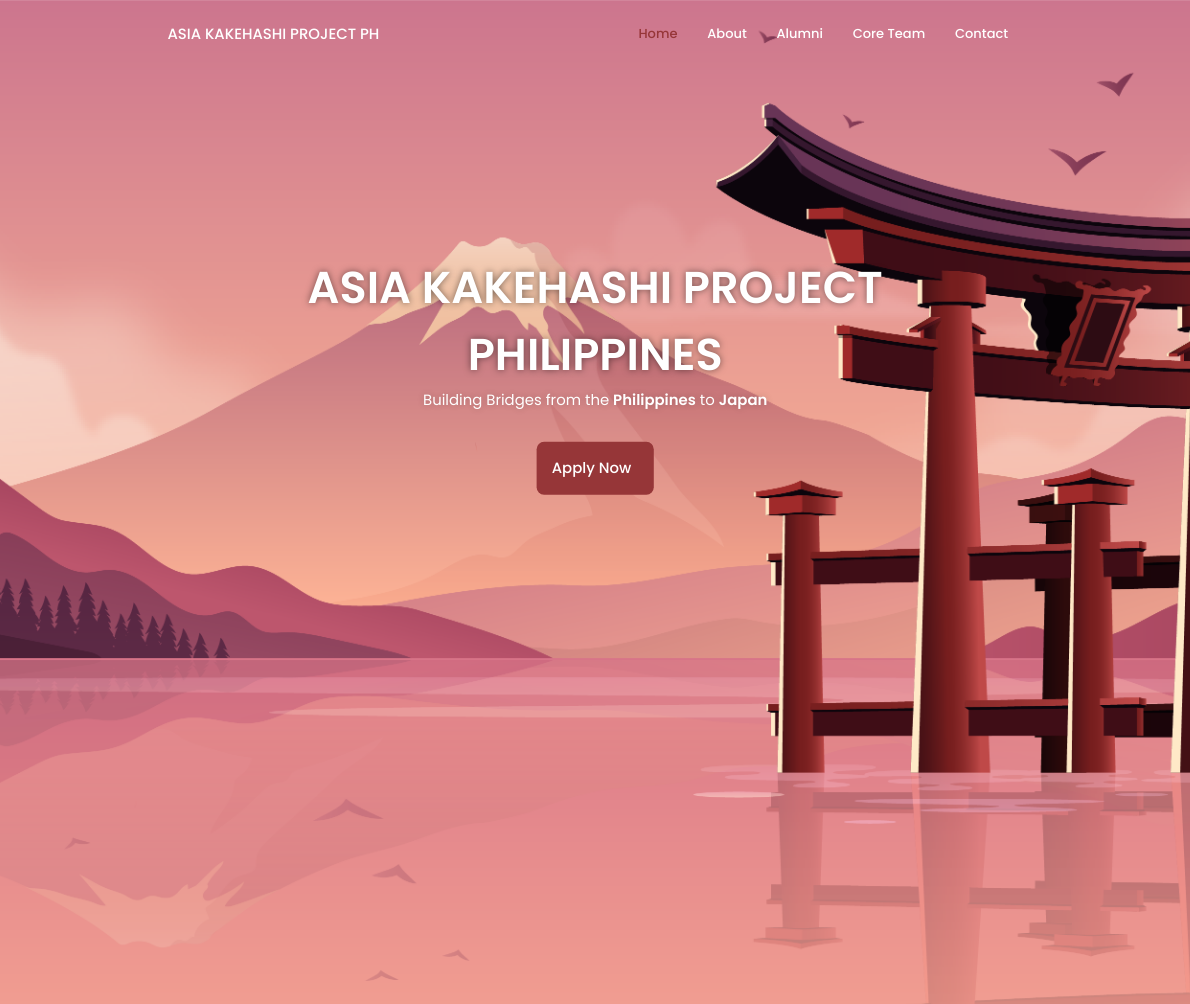
Repository: Aishie123/AKP-PH
Page: index.html
These files come from the project's save history. The page is drawn as it stood at one moment and after the next save; the edit follows.
The browser window is 1280 px wide. The pictures show the whole page, at 93% of full size.
Some icons come from a web library that is not loaded, so they are not drawn.

Above is the page before, as saved 2024-02-18 00:23:44.

After the next save:
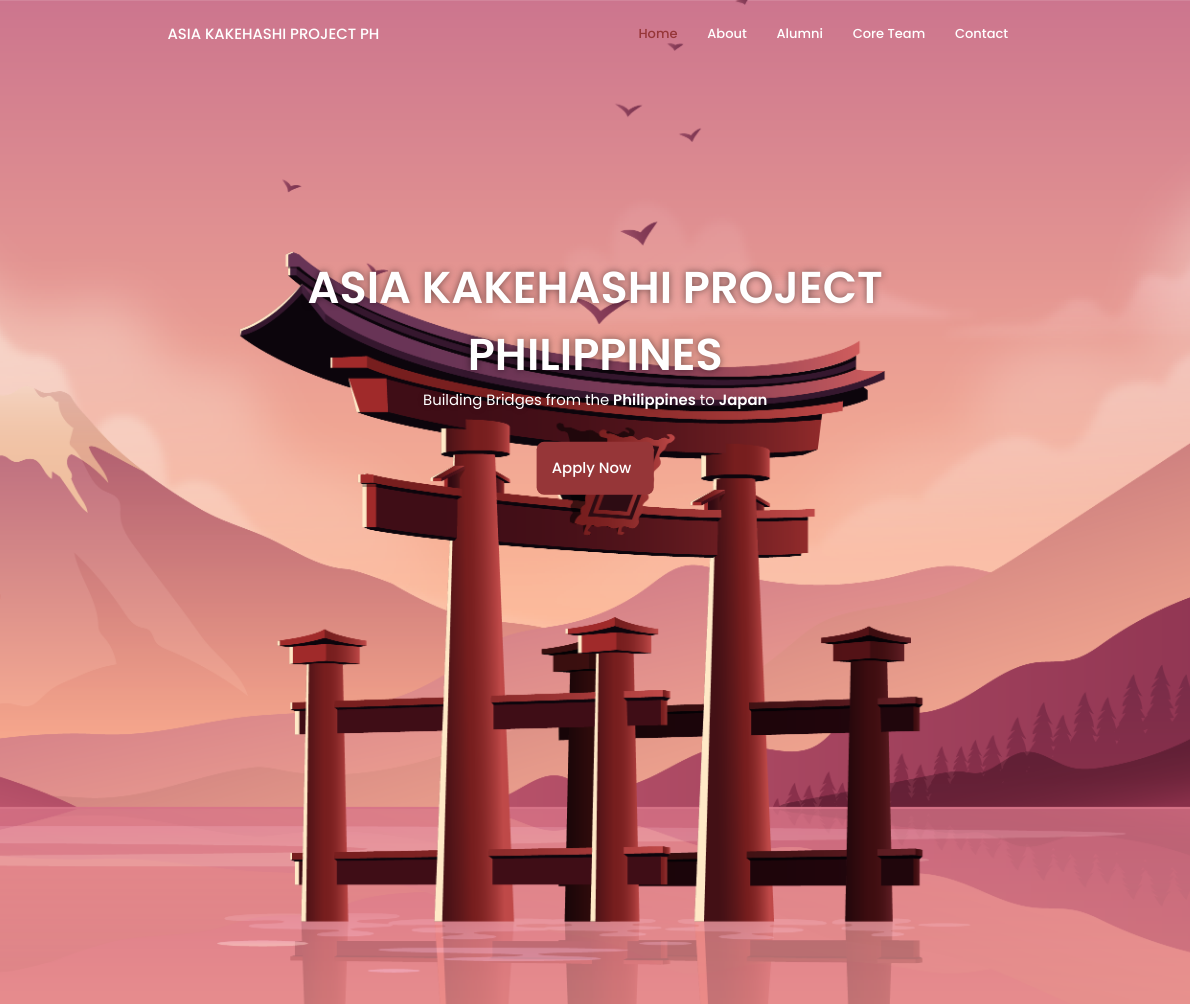
Saved 17 s later.
--- a/assets/css/styles.css
+++ b/assets/css/styles.css
@@ -539,7 +539,13 @@
     }
 
     #front-mountains{
-      width: 100rem;
+      transform: translate(-50%, -30%);
+      width: 90rem;
+    }
+
+    .home__parallax {
+      top: 10rem;
+      width: 100%; /* Relative width */
     }
   }
 

After the save that followed:
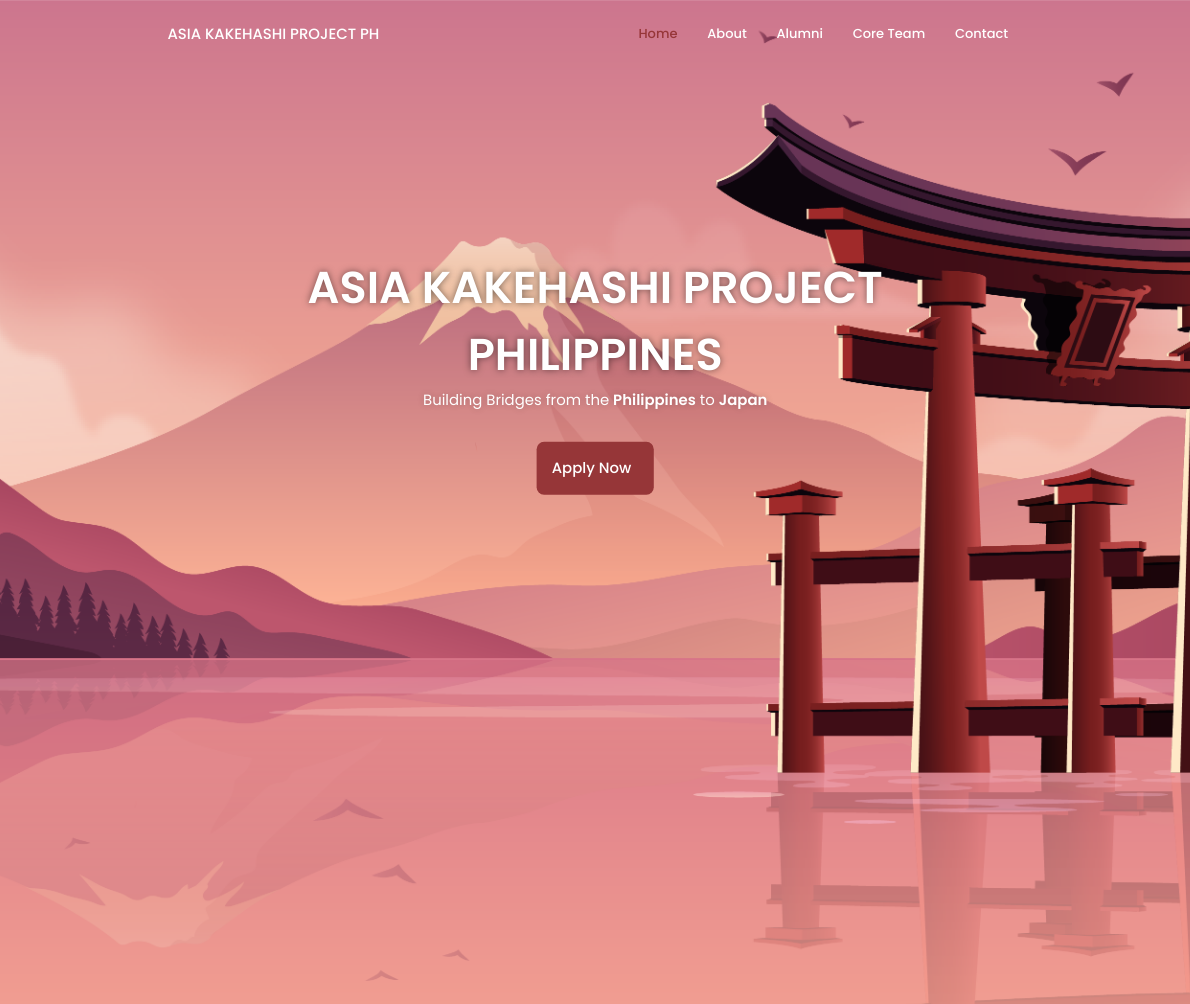
Saved 32 s later.
--- a/assets/css/styles.css
+++ b/assets/css/styles.css
@@ -516,9 +516,10 @@
       width: 90rem;
     }
 
-    .home__parallax {
+    #front-mountains{
+      transform: translate(-50%, -30%);
       top: 10rem;
-      width: 100%; /* Relative width */
+      width: 90rem;
     }
   }
 
@@ -539,13 +540,7 @@
     }
 
     #front-mountains{
-      transform: translate(-50%, -30%);
-      width: 90rem;
-    }
-
-    .home__parallax {
-      top: 10rem;
-      width: 100%; /* Relative width */
+      width: 100rem;
     }
   }
 
